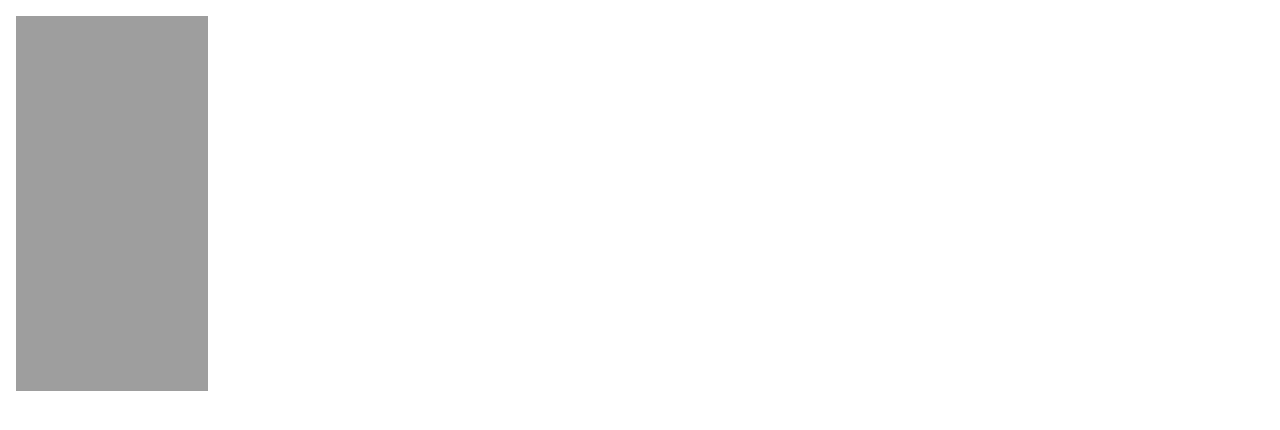
Repository: sammkrt/git101
Page: html-css-TrainingMyself/iframe.html
The author's editor kept a copy of each file at every save. The page is drawn from the files as they stood at one save, then again after the next save.
The browser window is 1280 px wide. The pictures show the whole page.

Above is the page before, as saved 2022-12-22 14:54:34.

After the next save:
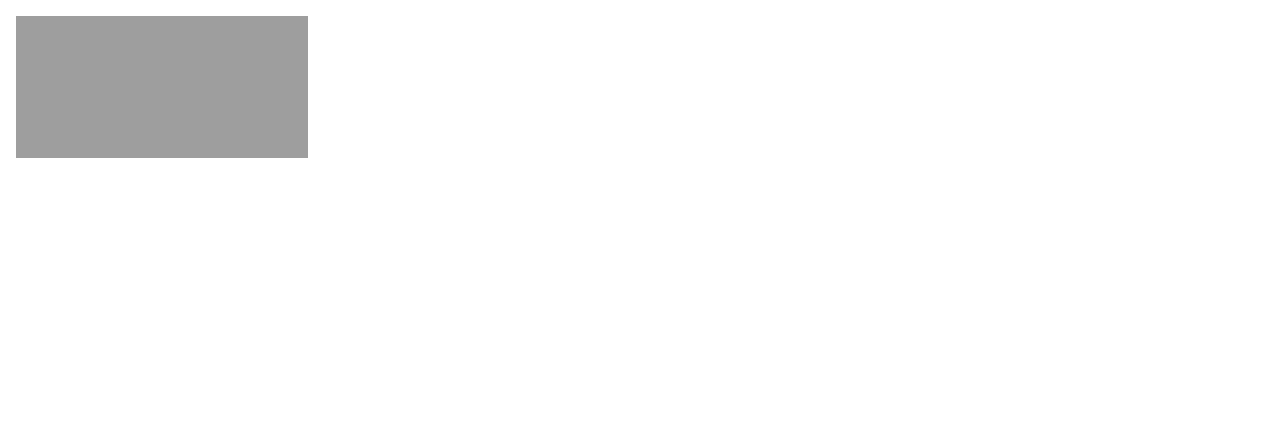
Saved 9 min 14 s later.
--- a/html-css-TrainingMyself/iframe.html
+++ b/html-css-TrainingMyself/iframe.html
@@ -7,6 +7,6 @@
     <title> </title>
 </head>
 <body>
-    <iframe src="images.html" frameborder="0" width="200" height="600"></iframe>
+    <iframe src="images.html" frameborder="0"></iframe>
 </body>
 </html>

After the save that followed:
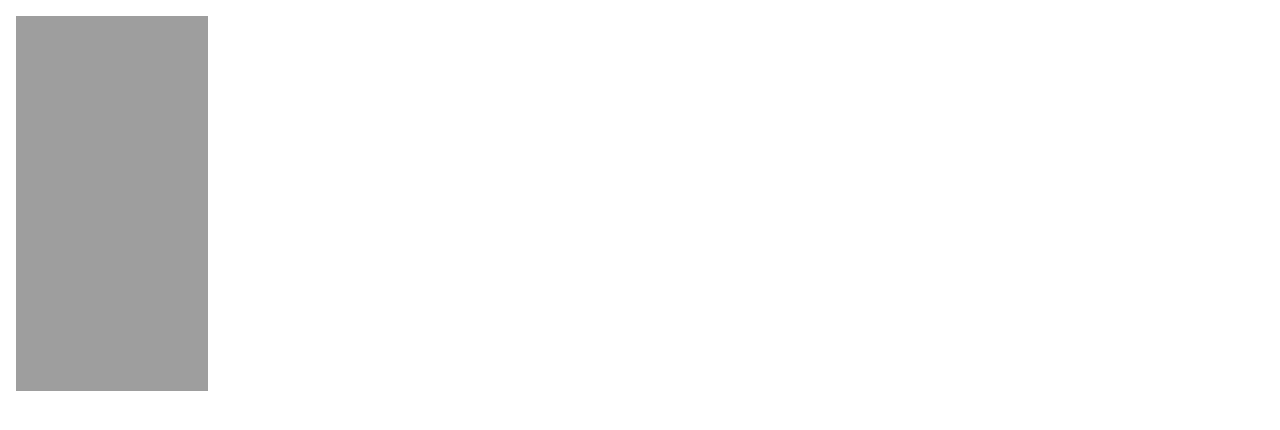
Saved 33 s later.
--- a/html-css-TrainingMyself/iframe.html
+++ b/html-css-TrainingMyself/iframe.html
@@ -7,6 +7,6 @@
     <title> </title>
 </head>
 <body>
-    <iframe src="images.html" frameborder="0"></iframe>
+    <iframe src="images.html" frameborder="0" width="200" height="600"></iframe>
 </body>
 </html>
